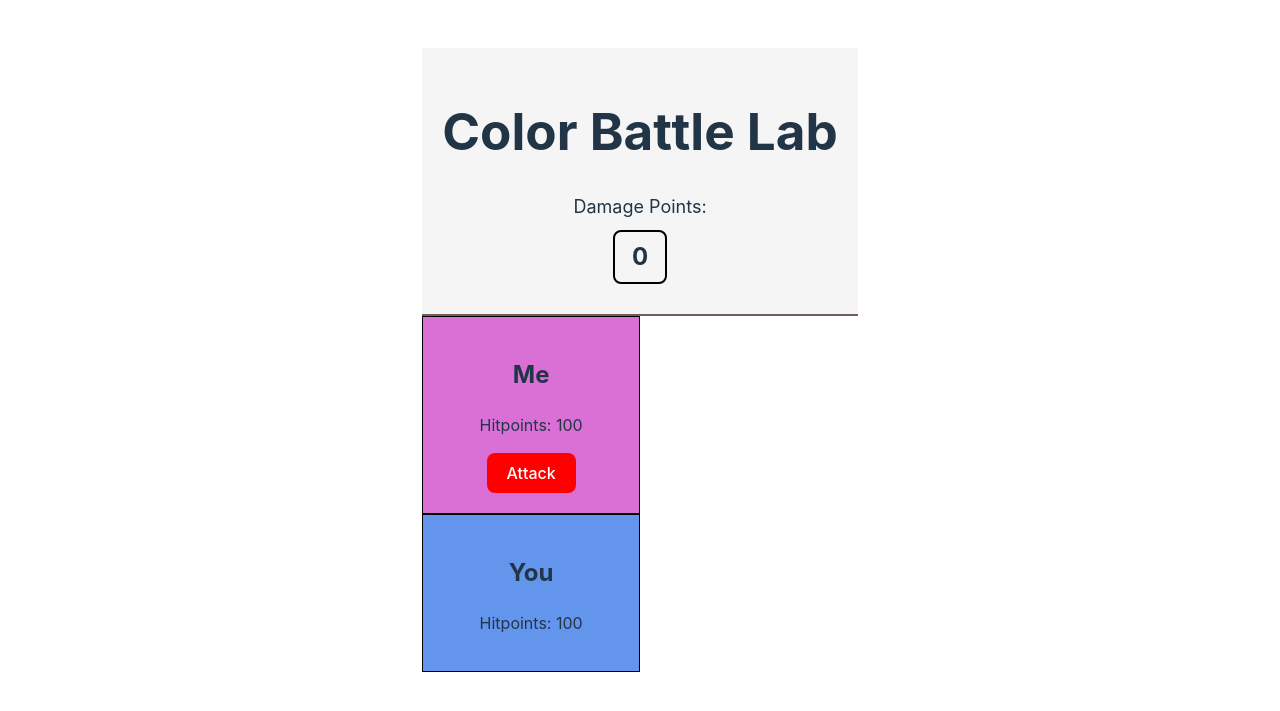
Repository: RAWdevX21/color-battle_lab-build
Page: /
An editor plug-in stored every save of this project. The page is shown before and after the next save, followed by the edit.
The browser window is 1280 px wide. The pictures show the whole page.
The project was rebuilt for these pictures with package versions that can differ from the ones it lists, and the page was loaded fresh each time. Also part of the build but not shown: vite.config.js.

Above is the page before, as saved 2023-08-17 01:44:38.

After the next save:
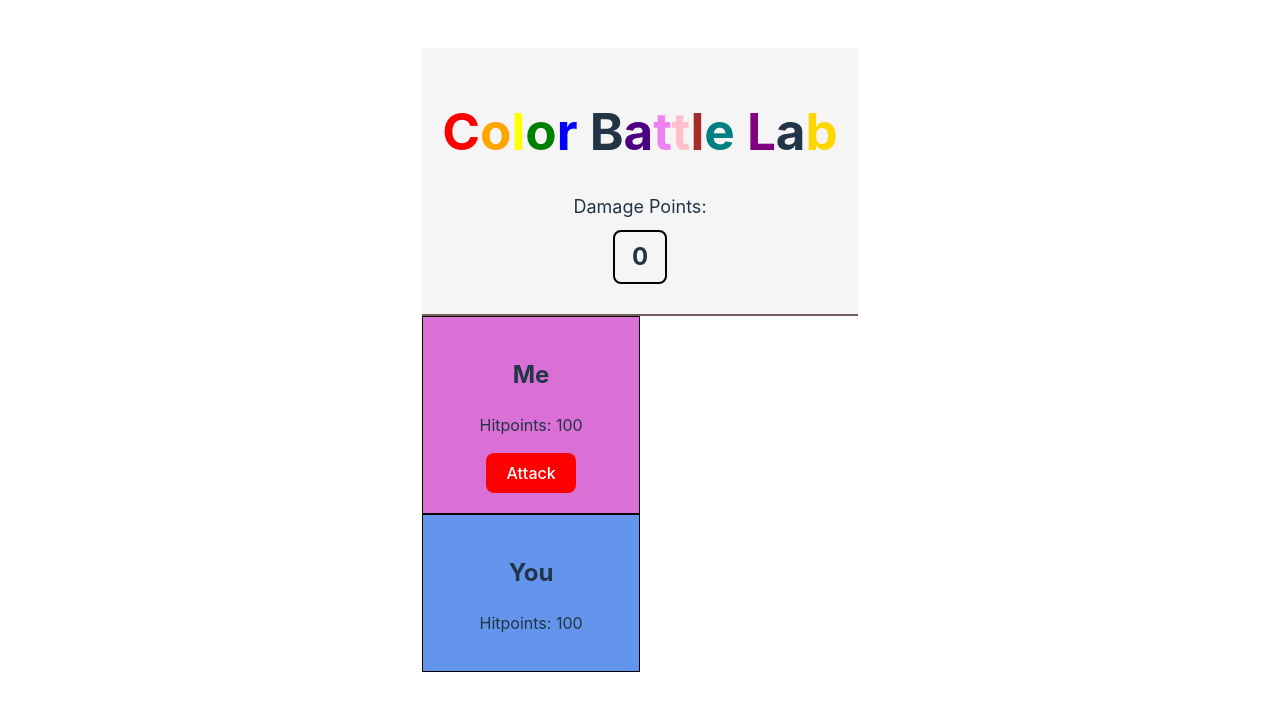
Saved 2 s later.
--- a/src/Components/GameBanner.jsx
+++ b/src/Components/GameBanner.jsx
@@ -4,7 +4,24 @@ import Die from "./Die";
 const GameBanner = ({ damagePoints }) => {
     return (
       <div className="banner">
-        <h1>Color Battle Lab</h1>
+        <h1>
+            <span>C</span>
+            <span>o</span>
+            <span>l</span>
+            <span>o</span>
+            <span>r</span>
+            &nbsp;
+            <span>B</span>
+            <span>a</span>
+            <span>t</span>
+            <span>t</span>
+            <span>l</span>
+            <span>e</span>
+            &nbsp;
+            <span>L</span>
+            <span>a</span>
+            <span>b</span>
+        </h1>
         <div className="damage-points">
           Damage Points: <Die value={damagePoints} />
         </div>
